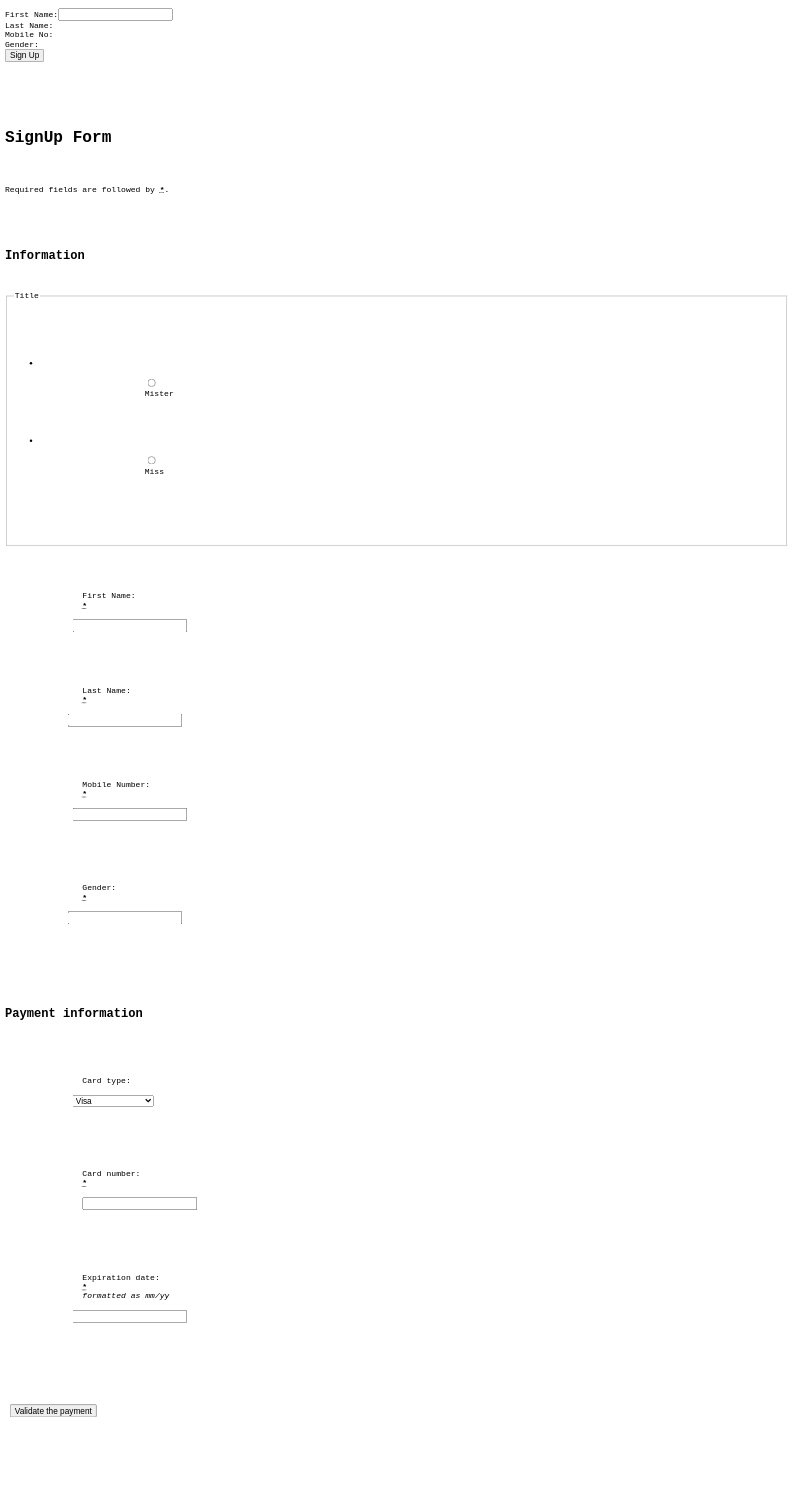
Repository: USChaurasiya/SpringCore
Page: http://localhost/SpringExample/
The author's editor kept a copy of each file at every save. The page is drawn from the files as they stood at one save, then again after the next save.
The browser window is 1280 px wide. The pictures show the whole page, at 62% of full size.
The page is served by Tomcat 9. Other server files are loaded and not shown.

Above is the page before, as saved 2017-02-14 07:25:35.

### SpringExample/WebContent/Signup.jsp
<%@ page language="java" contentType="text/html; charset=UTF-8"
	pageEncoding="UTF-8"%>
<!DOCTYPE html PUBLIC "-//W3C//DTD HTML 4.01 Transitional//EN" "http://www.w3.org/TR/html4/loose.dtd">
<html>
<head>
<meta http-equiv="Content-Type" content="text/html; charset=UTF-8">
<title>Insert title here</title>
</head>
<body>
	<form >
		<pre>
First Name:<input type="text" name="fname">
Last Name:
Mobile No:
Gender:
<input type="submit" name="sign up" value="Sign Up">




	<form action="signup.do" method="post">
        <h1>SignUp Form</h1>
        <p>Required fields are followed by <strong><abbr title="required">*</abbr></strong>.</p>
        <section>
            <h2>Information</h2>
            <fieldset>
              <legend>Title</legend>
              <ul>
                  <li>
                    <label for="title_1">
                      <input type="radio" id="title_1" name="title"  >
                      Mister
                    </label>
                  </li>
                  <li>
                    <label for="title_2">
                      <input type="radio" id="title_2" name="title" >
                      Miss
                    </label>
                  </li>
              </ul>
            </fieldset>
            <p>
              <label for="name">
                <span>First Name: </span>
                <strong><abbr title="required">*</abbr></strong>
              </label>
              <input type="text"  name="fname">
            </p>
<p>
              <label for="name">
                <span>Last Name: </span>
                <strong><abbr title="required">*</abbr></strong>
              </label>
             <input type="text" name="lname">
            </p>
<p>
              <label for="name">
                <span>Mobile Number: </span>
                <strong><abbr title="required">*</abbr></strong>
              </label>
              <input type="text" name="mobile">
            </p>
            <p>
              <label for="mail">
                <span>Gender: </span>
                <strong><abbr title="required">*</abbr></strong>
              </label>
             <input type="text" name="gender">
            </p>
        </section>
        <section>
            <h2>Payment information</h2>
            <p>
              <label for="card">
                <span>Card type:</span>
              </label>
              <select id="card" name="usercard">
                <option value="visa">Visa</option>
                <option value="mc">Mastercard</option>
                <option value="amex">American Express</option>
              </select>
            </p>
            <p>
              <label for="number">
                <span>Card number:</span>
                <strong><abbr title="required">*</abbr></strong>
              </label>
                <input type="text" id="number" name="cardnumber">
            </p>
            <p>
              <label for="date">
                <span>Expiration date:</span>
                <strong><abbr title="required">*</abbr></strong>
                <em>formatted as mm/yy</em>
              </label>
              <input type="text" id="date" name="expiration">
            </p>
        </section>
        <section>
            <p> <button type="submit">Validate the payment</button> </p>
        </section>
    </form>

</body>
</html>

After the next save:
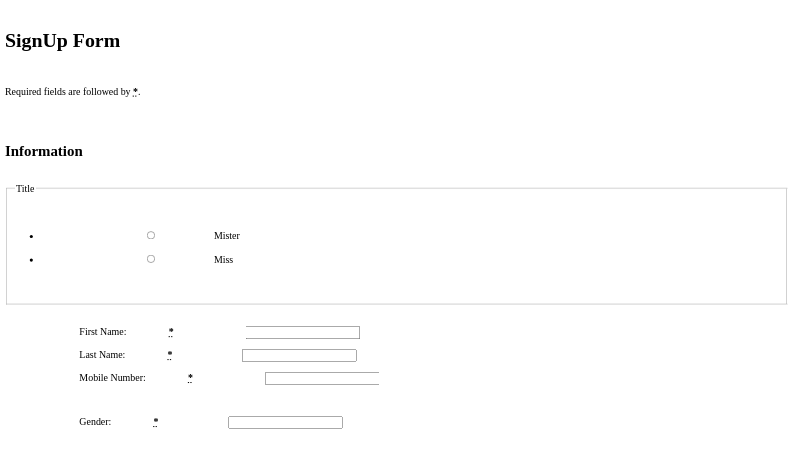
Saved 51 s later.
--- a/SpringExample/WebContent/Signup.jsp
+++ b/SpringExample/WebContent/Signup.jsp
@@ -7,15 +7,6 @@
 <title>Insert title here</title>
 </head>
 <body>
-	<form >
-		<pre>
-First Name:<input type="text" name="fname">
-Last Name:
-Mobile No:
-Gender:
-<input type="submit" name="sign up" value="Sign Up">
-
-
 
 
 	<form action="signup.do" method="post">
@@ -69,37 +60,7 @@ Gender:
              <input type="text" name="gender">
             </p>
         </section>
-        <section>
-            <h2>Payment information</h2>
-            <p>
-              <label for="card">
-                <span>Card type:</span>
-              </label>
-              <select id="card" name="usercard">
-                <option value="visa">Visa</option>
-                <option value="mc">Mastercard</option>
-                <option value="amex">American Express</option>
-              </select>
-            </p>
-            <p>
-              <label for="number">
-                <span>Card number:</span>
-                <strong><abbr title="required">*</abbr></strong>
-              </label>
-                <input type="text" id="number" name="cardnumber">
-            </p>
-            <p>
-              <label for="date">
-                <span>Expiration date:</span>
-                <strong><abbr title="required">*</abbr></strong>
-                <em>formatted as mm/yy</em>
-              </label>
-              <input type="text" id="date" name="expiration">
-            </p>
-        </section>
-        <section>
-            <p> <button type="submit">Validate the payment</button> </p>
-        </section>
+
     </form>
 
 </body>
